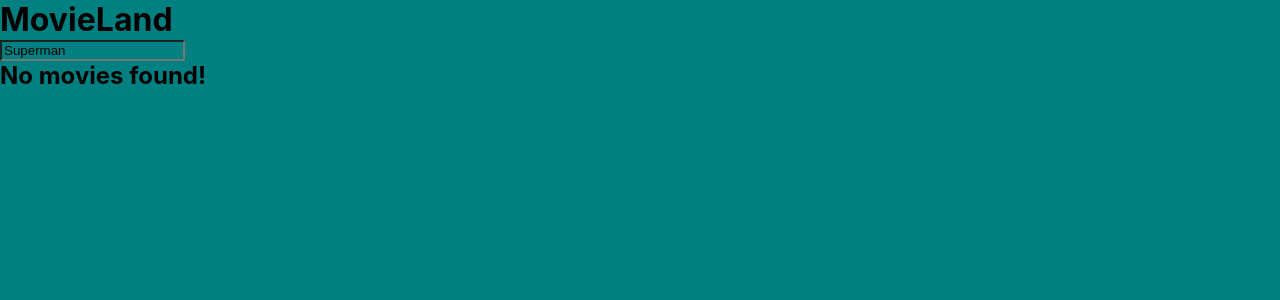
Repository: Exdevo/React
Page: /
An editor plug-in stored every save of this project. The page is shown before and after a run of saves, followed by the edit.
The browser window is 1280 px wide. The pictures show the whole page.
The page's requests for data from a server got no answer. The project was rebuilt for these pictures with package versions that can differ from the ones it lists, and the page was loaded fresh each time. No one was signed in, and anything a server would have sent is missing. Also part of the build but not shown: src/MovieCard.jsx.

Above is the page before, as saved 2023-02-12 17:33:59.

After the next 2 saves:
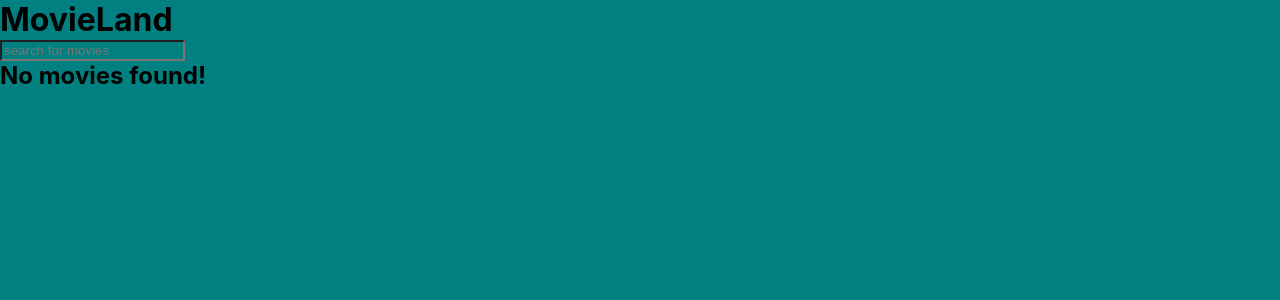
The 2 saves are shown as one change because 1 did not build or start.
The last was saved 90 s later.
--- a/src/App.js
+++ b/src/App.js
@@ -36,7 +36,7 @@
       <div className="search">
         <input
           placeholder="search for movies"
-          value="Superman"
+          value={searchTerm}
           onChange={() => {}}
         />
 
